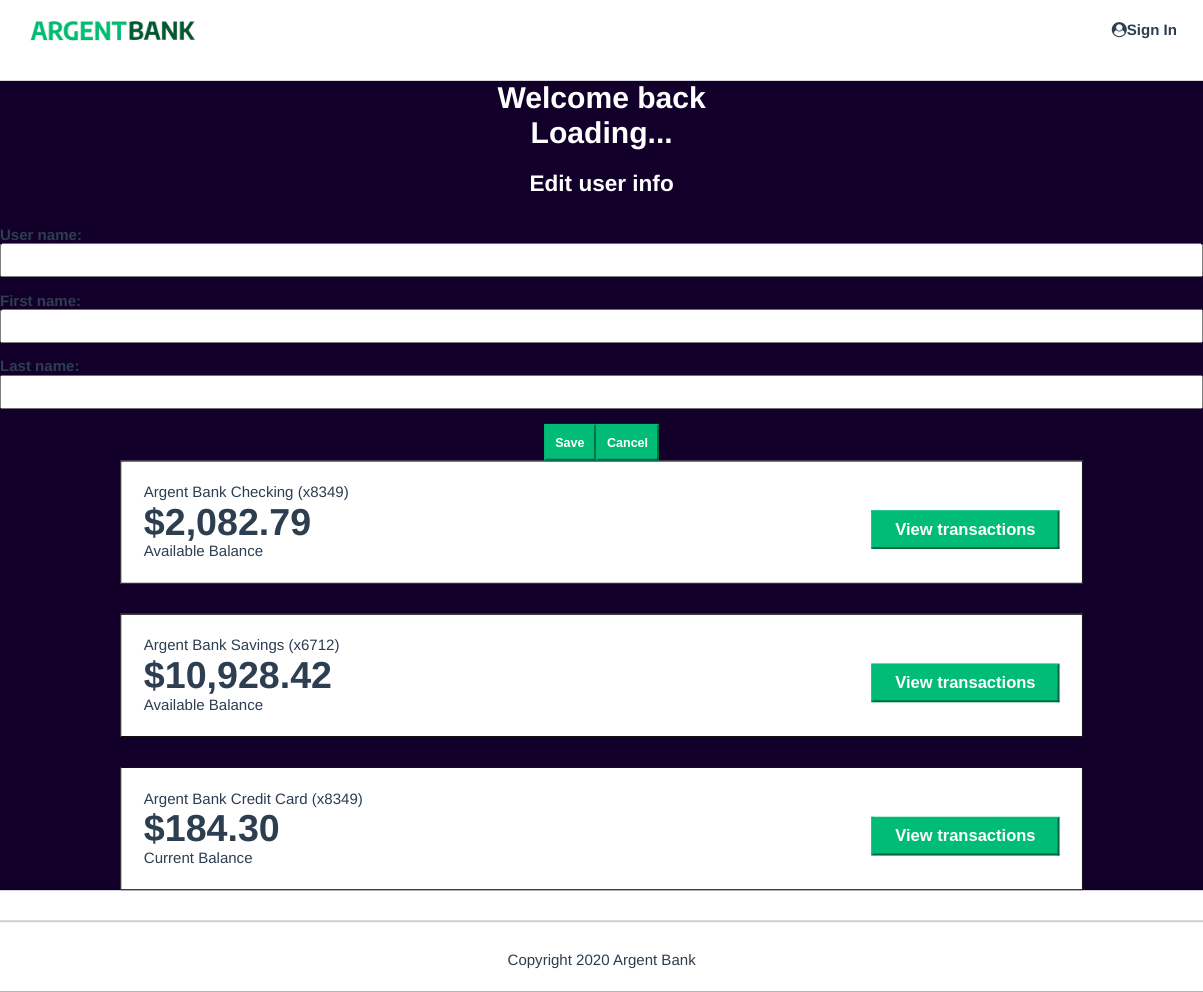
Repository: Dimple3377/ArgentBank-website
Page: /edit-user (app in banking-app/)
An editor plug-in stored every save of this project. The page is shown before and after the next save, followed by the edit.
The browser window is 1280 px wide. The pictures show the whole page, at 94% of full size.
The project was rebuilt for these pictures with package versions that can differ from the ones it lists, and the page was loaded fresh each time. Also part of the build but not shown: banking-app/src/components/Hero.jsx, banking-app/src/components/Feature.jsx, banking-app/src/pages/HomePage.jsx, banking-app/src/components/LoginForm.jsx, banking-app/src/pages/SignInPage.jsx, banking-app/src/pages/UserPage.jsx, banking-app/src/pages/EditUserPage.css.

Above is the page before, as saved 2024-05-25 17:14:11.

### banking-app/src/index.jsx
import React from "react";
import ReactDOM from "react-dom/client";
import "./main.css";
import App from "./App";
import { Provider } from "react-redux";
import store from "./store";

const root = ReactDOM.createRoot(document.getElementById("root"));
root.render(
  <React.StrictMode>
    <Provider store={store}>
      <App />
    </Provider>
  </React.StrictMode>
);

### banking-app/src/main.css
html {
  font-family: Avenir, Helvetica, Arial, sans-serif;
  -webkit-font-smoothing: antialiased;
  -moz-osx-font-smoothing: grayscale;
  text-align: center;
  color: #2c3e50;
}

body {
  margin: 0;
  display: flex;
  flex-direction: column;
  min-height: 100vh;
}

.main {
  flex: 1;
}

.bg-dark {
  background-color: #12002b;
}

.sr-only {
  border: 0 !important;
  clip: rect(1px, 1px, 1px, 1px) !important;
  -webkit-clip-path: inset(50%) !important;
  clip-path: inset(50%) !important;
  height: 1px !important;
  margin: -1px !important;
  overflow: hidden !important;
  padding: 0 !important;
  position: absolute !important;
  width: 1px !important;
  white-space: nowrap !important;
}

.main-nav {
  display: flex;
  justify-content: space-between;
  align-items: center;
  padding: 5px 20px;
}

.main-nav a {
  font-weight: bold;
  color: #2c3e50;
}

.main-nav a.router-link-exact-active {
  color: #42b983;
}

.main-nav-item {
  text-decoration: none;
  margin-right: 0.5rem;
}

.main-nav-item:hover {
  text-decoration: underline;
}

.main-nav-logo {
  display: flex;
  align-items: center;
}

.main-nav-logo-image {
  max-width: 100%;
  width: 200px;
}

.hero {
  background-image: url("../src/assets/img/bank-tree.jpeg");
  background-position: 0 -50px;
  background-size: cover;
  background-repeat: no-repeat;
  height: 300px;
  position: relative;
}

.hero-content {
  position: relative;
  top: 2rem;
  width: 200px;
  background: white;
  padding: 2rem;
  text-align: left;
  margin: 0 auto;
}

.hero-content .subtitle {
  font-weight: bold;
  font-size: 1rem;
  margin: 0;
}

.hero-content .text {
  margin-bottom: 0;
  font-size: 0.9rem;
}

@media (min-width: 920px) {
  .hero {
    height: 400px;
    background-position: 0% 33%;
  }

  .hero-content {
    position: absolute;
    top: 50px;
    right: 50px;
    width: 300px;
    margin: 2rem;
  }

  .hero-content .subtitle {
    font-size: 1.5rem;
  }

  .hero-content .text {
    font-size: 1.2rem;
  }
}

.features {
  display: flex;
  flex-direction: column;
}

@media (min-width: 920px) {
  .features {
    flex-direction: row;
  }
}

.feature-icon {
  width: 100px;
  border: 10px solid #00bc77;
  border-radius: 50%;
  padding: 1rem;
}

.feature-item {
  flex: 1;
  padding: 2.5rem;
}

.feature-item-title {
  color: #222;
  font-size: 1.25rem;
  font-weight: bold;
  margin-bottom: 0.5rem;
}

.sign-in-button {
  display: block;
  width: 100%;
  padding: 8px;
  font-size: 1.1rem;
  font-weight: bold;
  margin-top: 1rem;
  border-color: #00bc77;
  background-color: #00bc77;
  color: #fff;
}

.sign-in-content {
  box-sizing: border-box;
  background-color: white;
  width: 300px;
  margin: 0 auto;
  margin-top: 3rem;
  padding: 2rem;
}

.sign-in-icon {
  font-size: 5rem;
}

.input-remember {
  display: flex;
}

.input-remember label {
  margin-left: 0.25rem;
}

.input-wrapper {
  display: flex;
  flex-direction: column;
  text-align: left;
  margin-bottom: 1rem;
}

.input-wrapper label {
  font-weight: bold;
}

.input-wrapper input {
  padding: 5px;
  font-size: 1.2rem;
}

.footer {
  display: flex;
  justify-content: center;
  border-top: 2px solid #ccc;
  padding: 2rem 0 1.5rem;
}

.footer-text {
  margin: 0;
  padding: 0;
}

.account {
  display: flex;
  justify-content: space-between;
  align-items: center;
  border: 1px solid black;
  background-color: #fff;
  width: 80%;
  margin: 0 auto;
  flex-direction: column;
  padding: 1.5rem;
  box-sizing: border-box;
  text-align: left;
  margin-bottom: 2rem;
}

.account-amount {
  margin: 0;
  font-size: 2.5rem;
  font-weight: bold;
}

.account-amount-description {
  margin: 0;
}

.account-title {
  margin: 0;
  padding: 0;
  font-size: 1rem;
  font-weight: normal;
}

.account-content-wrapper {
  width: 100%;
  flex: 1;
}

.edit-button {
  border-color: #00bc77;
  background-color: #00bc77;
  color: #fff;
  font-weight: bold;
  padding: 10px;
}

.header {
  color: #fff;
  margin-bottom: 2rem;
}

.transaction-button {
  display: block;
  width: 100%;
  padding: 8px;
  font-size: 1.1rem;
  font-weight: bold;
  margin-top: 1rem;
  border-color: #00bc77;
  background-color: #00bc77;
  color: #fff;
}

@media (min-width: 720px) {
  .account {
    flex-direction: row;
  }

  .account-content-wrapper.cta {
    flex: 0;
  }

  .transaction-button {
    width: 200px;
  }
}

### banking-app/src/App.jsx
import React from "react";
import { BrowserRouter as Router, Route, Routes } from "react-router-dom";
import HomePage from "./pages/HomePage";
import SignInPage from "./pages/SignInPage";
import UserPage from "./pages/UserPage";
import EditUserPage from "./pages/EditUserPage";

function App() {
  return (
    <Router>
      <Routes>
        <Route path="/" element={<HomePage />} />
        <Route path="/sign-in" element={<SignInPage />} />
        <Route path="/user" element={<UserPage />} />
        <Route path="/edit-user" element={<EditUserPage />} />{" "}
        {/* Nouvelle route */}
      </Routes>
    </Router>
  );
}

export default App;

### banking-app/src/store/index.jsx
import { configureStore } from "@reduxjs/toolkit";
import userReducer from "./userSlice";

export const store = configureStore({
  reducer: {
    user: userReducer,
    devTools: process.env.NODE_ENV !== "production",
  },
});

export default store;

### banking-app/src/pages/EditUserPage.jsx
import React, { useState } from "react";
import { useSelector } from "react-redux";
import Header from "../components/Header";
import Footer from "../components/Footer";
import EditNameForm from "../components/EditNameForm";
import "../pages/EditUserPage.css"; // Assurez-vous que le chemin est correct

const EditUserPage = () => {
  const { user } = useSelector((state) => state.user);
  const [isEditing, setIsEditing] = useState(false);

  const toggleEdit = () => {
    setIsEditing(!isEditing);
  };

  return (
    <>
      <Header />
      <main className="main bg-dark">
        <div className="header">
          <h1>
            Welcome back
            <br />
            {user ? `${user.firstName} ${user.lastName}!` : "Loading..."}
          </h1>
          <h2>Edit user info</h2>
        </div>
        <EditNameForm toggleEdit={toggleEdit} />
        <h2 className="sr-only">Accounts</h2>
        <section className="account">
          <div className="account-content-wrapper">
            <h3 className="account-title">Argent Bank Checking (x8349)</h3>
            <p className="account-amount">$2,082.79</p>
            <p className="account-amount-description">Available Balance</p>
          </div>
          <div className="account-content-wrapper cta">
            <button className="transaction-button">View transactions</button>
          </div>
        </section>
        <section className="account">
          <div className="account-content-wrapper">
            <h3 className="account-title">Argent Bank Savings (x6712)</h3>
            <p className="account-amount">$10,928.42</p>
            <p className="account-amount-description">Available Balance</p>
          </div>
          <div className="account-content-wrapper cta">
            <button className="transaction-button">View transactions</button>
          </div>
        </section>
        <section className="account">
          <div className="account-content-wrapper">
            <h3 className="account-title">Argent Bank Credit Card (x8349)</h3>
            <p className="account-amount">$184.30</p>
            <p className="account-amount-description">Current Balance</p>
          </div>
          <div className="account-content-wrapper cta">
            <button className="transaction-button">View transactions</button>
          </div>
        </section>
      </main>
      <Footer />
    </>
  );
};

export default EditUserPage;

### banking-app/src/store/userSlice.jsx
import { createSlice, createAsyncThunk } from "@reduxjs/toolkit";
import axios from "axios";

const initialState = {
  user: null,
  token: null,
  status: "idle",
  error: null,
};

// Thunks
export const loginUser = createAsyncThunk(
  "user/login",
  async (credentials, { dispatch }) => {
    const response = await axios.post(
      "http://localhost:3001/api/v1/user/login",
      credentials
    );
    const token = response.data.body.token;
    // Fetch user profile after login
    const userProfileResponse = await axios.get(
      "http://localhost:3001/api/v1/user/profile",
      {
        headers: {
          Authorization: `Bearer ${token}`,
        },
      }
    );
    return { ...userProfileResponse.data.body, token };
  }
);

export const updateUser = createAsyncThunk(
  "user/update",
  async (userData, { getState }) => {
    const state = getState();
    const token = state.user.token;
    const response = await axios.put(
      "http://localhost:3001/api/v1/user/profile",
      userData,
      {
        headers: {
          Authorization: `Bearer ${token}`,
        },
      }
    );
    return response.data.body;
  }
);

export const fetchUserProfile = createAsyncThunk(
  "user/fetchProfile",
  async (_, { getState }) => {
    const state = getState();
    const token = state.user.token;
    const response = await axios.get(
      "http://localhost:3001/api/v1/user/profile",
      {
        headers: {
          Authorization: `Bearer ${token}`,
        },
      }
    );
    return response.data.body;
  }
);

const userSlice = createSlice({
  name: "user",
  initialState,
  reducers: {
    logout: (state) => {
      state.user = null;
      state.token = null;
      state.status = "idle";
      state.error = null;
    },
  },
  extraReducers: (builder) => {
    builder
      .addCase(loginUser.pending, (state) => {
        state.status = "loading";
      })
      .addCase(loginUser.fulfilled, (state, action) => {
        console.log("Login fulfilled:", action.payload); // Debug
        state.status = "succeeded";
        state.user = action.payload;
        state.token = action.payload.token;
        state.error = null;
      })
      .addCase(loginUser.rejected, (state, action) => {
        state.status = "failed";
        state.error = action.error.message;
      })
      .addCase(updateUser.pending, (state) => {
        state.status = "loading";
      })
      .addCase(updateUser.fulfilled, (state, action) => {
        console.log("Update fulfilled:", action.payload); // Debug
        state.status = "succeeded";
        state.user = { ...state.user, ...action.payload };
        state.error = null;
      })
      .addCase(updateUser.rejected, (state, action) => {
        state.status = "failed";
        state.error = action.error.message;
      })
      .addCase(fetchUserProfile.pending, (state) => {
        state.status = "loading";
      })
      .addCase(fetchUserProfile.fulfilled, (state, action) => {
        console.log("Fetch profile fulfilled:", action.payload); // Debug
        state.status = "succeeded";
        state.user = action.payload;
        state.error = null;
      })
      .addCase(fetchUserProfile.rejected, (state, action) => {
        state.status = "failed";
        state.error = action.error.message;
      });
  },
});

export const { logout } = userSlice.actions;

export default userSlice.reducer;

### banking-app/src/components/Header.jsx
import React, { useEffect } from "react";
import { Link } from "react-router-dom";
import { useSelector, useDispatch } from "react-redux";
import { fetchUserProfile, logout } from "../store/userSlice";
import logo from "../assets/img/argentBankLogo.png";
import "font-awesome/css/font-awesome.min.css";

const Header = () => {
  const dispatch = useDispatch();
  const { user, token } = useSelector((state) => state.user);

  useEffect(() => {
    if (token && !user) {
      dispatch(fetchUserProfile());
    }
  }, [dispatch, token, user]);

  const handleLogout = () => {
    dispatch(logout());
  };

  return (
    <nav className="main-nav">
      <Link className="main-nav-logo" to="/">
        <img
          className="main-nav-logo-image"
          src={logo}
          alt="Argent Bank Logo"
        />
        <h1 className="sr-only">Argent Bank</h1>
      </Link>
      <div>
        {user ? (
          <>
            <Link className="main-nav-item" to="/user">
              <i className="fa fa-user-circle"></i>
              {user.userName}
            </Link>
            <Link className="main-nav-item" to="/" onClick={handleLogout}>
              <i className="fa fa-sign-out"></i>
              Sign Out
            </Link>
          </>
        ) : (
          <Link className="main-nav-item" to="/sign-in">
            <i className="fa fa-user-circle"></i>
            Sign In
          </Link>
        )}
      </div>
    </nav>
  );
};

export default Header;

### banking-app/src/components/Footer.jsx
import React from "react";

const Footer = () => {
  return (
    <footer className="footer">
      <p className="footer-text">Copyright 2020 Argent Bank</p>
    </footer>
  );
};

export default Footer;

### banking-app/src/components/EditNameForm.jsx
import React, { useState } from "react";
import { useDispatch, useSelector } from "react-redux";
import { updateUser } from "../store/userSlice";

const EditNameForm = ({ toggleEdit }) => {
  const dispatch = useDispatch();
  const { user } = useSelector((state) => state.user);

  const [firstName, setFirstName] = useState(user?.firstName || "");
  const [lastName, setLastName] = useState(user?.lastName || "");
  const [userName, setUserName] = useState(user?.userName || "");

  const handleSubmit = (e) => {
    e.preventDefault();
    dispatch(updateUser({ firstName, lastName, userName })).then(() => {
      toggleEdit();
    });
  };

  return (
    <form onSubmit={handleSubmit}>
      <div className="input-wrapper">
        <label htmlFor="userName">User name:</label>
        <input
          type="text"
          id="userName"
          value={userName}
          onChange={(e) => setUserName(e.target.value)}
        />
      </div>
      <div className="input-wrapper">
        <label htmlFor="firstName">First name:</label>
        <input
          type="text"
          id="firstName"
          value={firstName}
          onChange={(e) => setFirstName(e.target.value)}
        />
      </div>
      <div className="input-wrapper">
        <label htmlFor="lastName">Last name:</label>
        <input
          type="text"
          id="lastName"
          value={lastName}
          onChange={(e) => setLastName(e.target.value)}
        />
      </div>
      <button type="submit" className="edit-button">
        Save
      </button>
      <button type="button" className="edit-button" onClick={toggleEdit}>
        Cancel
      </button>
    </form>
  );
};

export default EditNameForm;

Loaded but not shown: banking-app/public/index.html (common file)

After the next save:
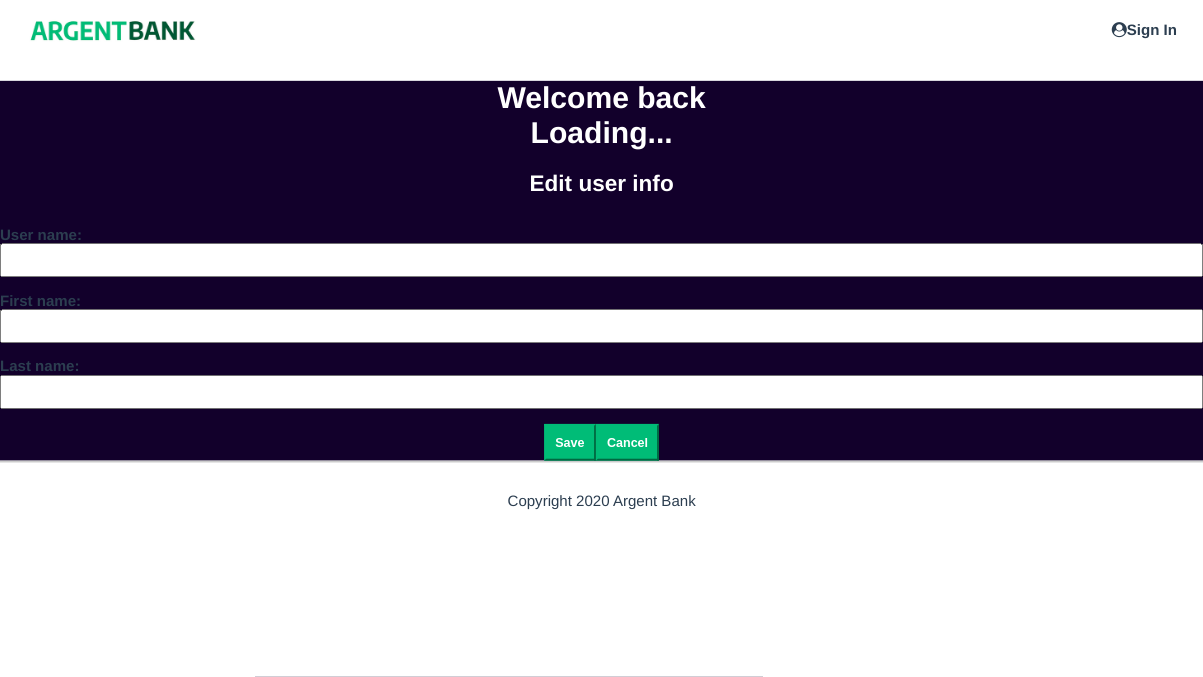
Saved 23 s later.
--- a/banking-app/src/pages/EditUserPage.jsx
+++ b/banking-app/src/pages/EditUserPage.jsx
@@ -3,11 +3,11 @@ import { useSelector } from "react-redux";
 import Header from "../components/Header";
 import Footer from "../components/Footer";
 import EditNameForm from "../components/EditNameForm";
-import "../pages/EditUserPage.css"; // Assurez-vous que le chemin est correct
+import "../pages/EditUserPage.css";
 
 const EditUserPage = () => {
   const { user } = useSelector((state) => state.user);
-  const [isEditing, setIsEditing] = useState(false);
+  const [isEditing, setIsEditing] = useState(true);
 
   const toggleEdit = () => {
     setIsEditing(!isEditing);
@@ -23,40 +23,53 @@ const EditUserPage = () => {
             <br />
             {user ? `${user.firstName} ${user.lastName}!` : "Loading..."}
           </h1>
-          <h2>Edit user info</h2>
+          {isEditing && <h2>Edit user info</h2>}
         </div>
-        <EditNameForm toggleEdit={toggleEdit} />
-        <h2 className="sr-only">Accounts</h2>
-        <section className="account">
-          <div className="account-content-wrapper">
-            <h3 className="account-title">Argent Bank Checking (x8349)</h3>
-            <p className="account-amount">$2,082.79</p>
-            <p className="account-amount-description">Available Balance</p>
-          </div>
-          <div className="account-content-wrapper cta">
-            <button className="transaction-button">View transactions</button>
-          </div>
-        </section>
-        <section className="account">
-          <div className="account-content-wrapper">
-            <h3 className="account-title">Argent Bank Savings (x6712)</h3>
-            <p className="account-amount">$10,928.42</p>
-            <p className="account-amount-description">Available Balance</p>
-          </div>
-          <div className="account-content-wrapper cta">
-            <button className="transaction-button">View transactions</button>
-          </div>
-        </section>
-        <section className="account">
-          <div className="account-content-wrapper">
-            <h3 className="account-title">Argent Bank Credit Card (x8349)</h3>
-            <p className="account-amount">$184.30</p>
-            <p className="account-amount-description">Current Balance</p>
-          </div>
-          <div className="account-content-wrapper cta">
-            <button className="transaction-button">View transactions</button>
-          </div>
-        </section>
+        {isEditing ? (
+          <EditNameForm toggleEdit={toggleEdit} />
+        ) : (
+          <>
+            <h2 className="sr-only">Accounts</h2>
+            <section className="account">
+              <div className="account-content-wrapper">
+                <h3 className="account-title">Argent Bank Checking (x8349)</h3>
+                <p className="account-amount">$2,082.79</p>
+                <p className="account-amount-description">Available Balance</p>
+              </div>
+              <div className="account-content-wrapper cta">
+                <button className="transaction-button">
+                  View transactions
+                </button>
+              </div>
+            </section>
+            <section className="account">
+              <div className="account-content-wrapper">
+                <h3 className="account-title">Argent Bank Savings (x6712)</h3>
+                <p className="account-amount">$10,928.42</p>
+                <p className="account-amount-description">Available Balance</p>
+              </div>
+              <div className="account-content-wrapper cta">
+                <button className="transaction-button">
+                  View transactions
+                </button>
+              </div>
+            </section>
+            <section className="account">
+              <div className="account-content-wrapper">
+                <h3 className="account-title">
+                  Argent Bank Credit Card (x8349)
+                </h3>
+                <p className="account-amount">$184.30</p>
+                <p className="account-amount-description">Current Balance</p>
+              </div>
+              <div className="account-content-wrapper cta">
+                <button className="transaction-button">
+                  View transactions
+                </button>
+              </div>
+            </section>
+          </>
+        )}
       </main>
       <Footer />
     </>
